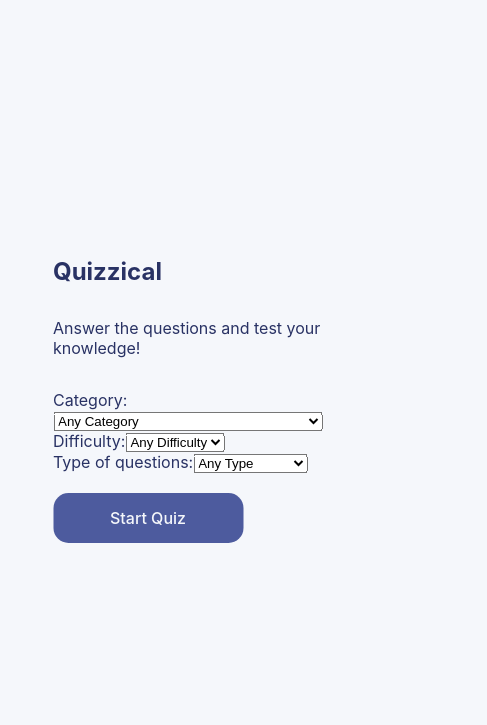
Repository: alexandruvisan19/Quizzical
Page: /
These files come from the project's save history. The page is drawn as it stood at one moment and after the next save; the edit follows.
The browser window is 375 px wide. The page is 375 px wide, then 487 px, so the pictures cover 487 px, including what lies to the right of the window. The pictures show the whole page.
The project was rebuilt for these pictures with package versions that can differ from the ones it lists, and the page was loaded fresh each time. Also part of the build but not shown: src/components/QuestionsAndAnswers/QuestionsAndAnswers.css, src/components/Question/Question.css, src/components/Question/Question.tsx, src/services/getQuestions.tsx, src/components/QuestionsAndAnswers/QuestionsAndAnswers.tsx.

Above is the page before, as saved 2022-08-04 08:53:13.

After the next save:
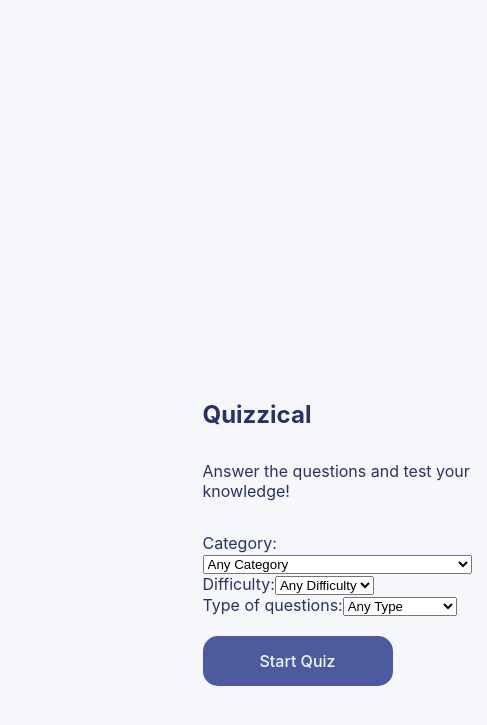
Saved 61 s later.
--- a/src/App.css
+++ b/src/App.css
@@ -63,6 +63,6 @@
 
 @media screen and (max-width: 450px) {
 	.game-intro {
-		height: auto;
+		transform: inherit;
 	}
 }
